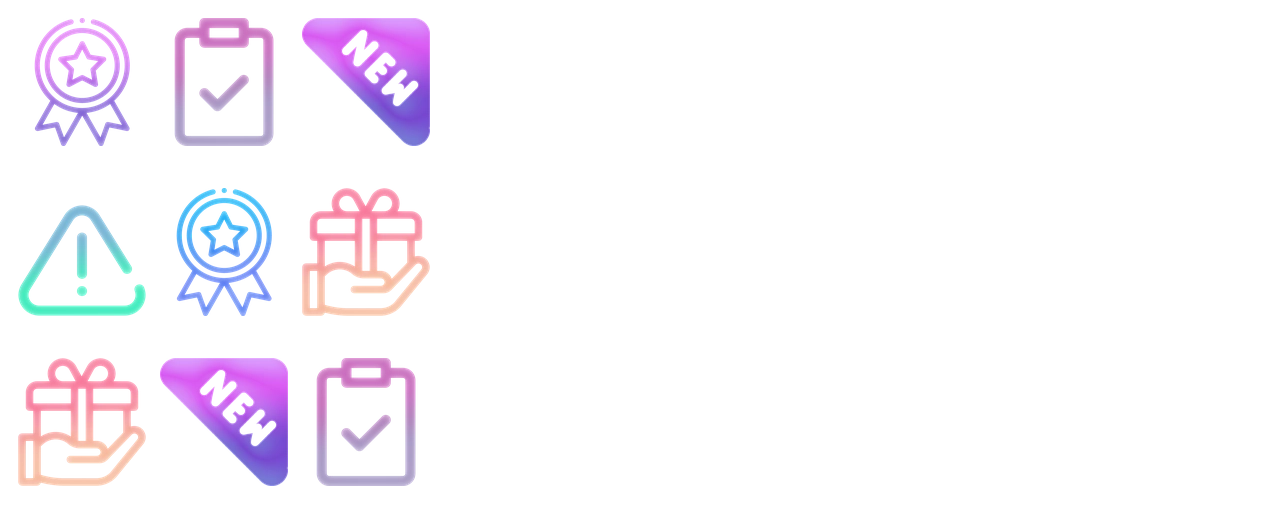
Repository: vichubenzene/-MWin_ui
Page: main.html
The author's editor kept a copy of each file at every save. The page is drawn from the files as they stood at one save, then again after the next save.
The browser window is 1280 px wide. The pictures show the whole page.

Above is the page before, as saved 2022-10-10 11:18:40.

After the next save:
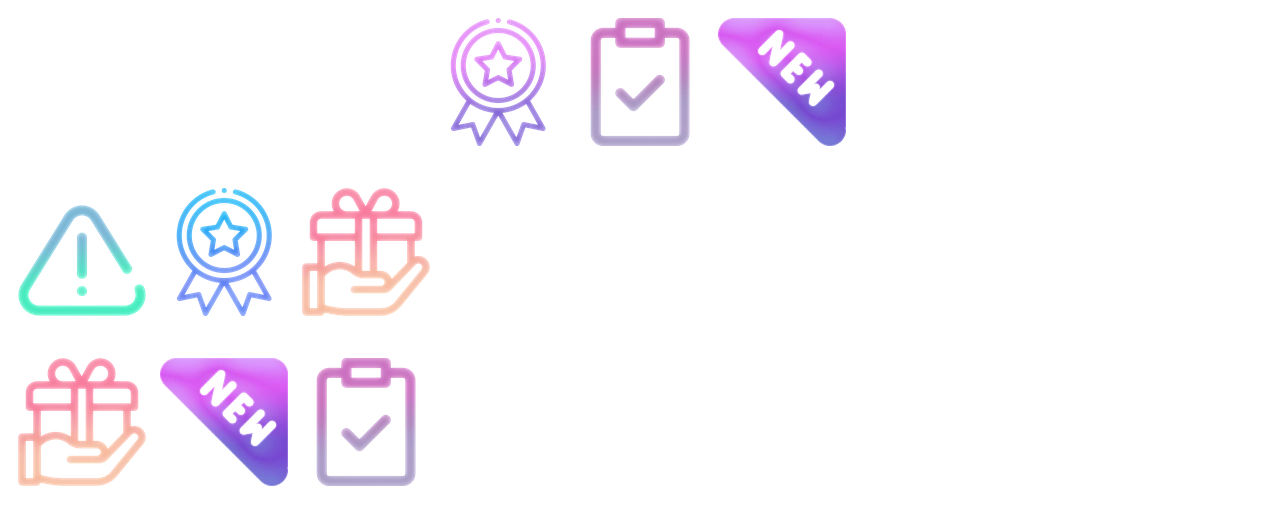
Saved 4 min 31 s later.
--- a/main.html
+++ b/main.html
@@ -21,7 +21,7 @@
 
 <body>
     <div class="row">
-        <div class="column">
+        <div class="column" style=" text-align: center">
             <img src="images/834538140450160661.png" alt="Snow" style="padding: 5px">
             <img src="images/834541394987057242.png" alt="Snow" style="padding: 5px">
             <img src="images/834535415628562442 (1).png" alt="Snow" style=" padding: 5px">
